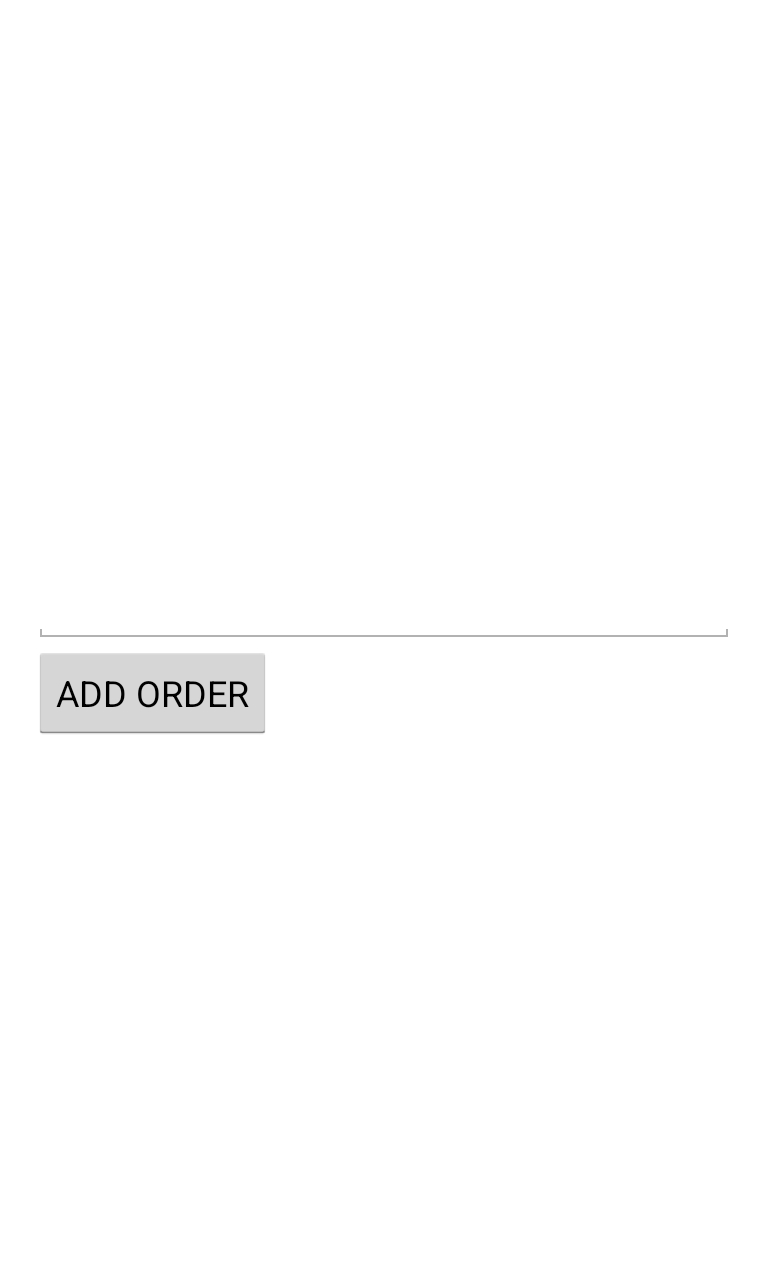
Repository: erenerdogan/ERMS
Layout: ERMSMobile/ERMS/res/layout/activity_product_detail.xml
These files come from the project's save history. The layout is drawn as it stood at one moment and after the next save; the edit follows.
It is drawn on a 768 x 1280 px phone screen (xhdpi) without system bars, with theme AppTheme; the app's code is not run.

Above is the layout before, as saved 2013-12-21 12:40:34.

After the next save:
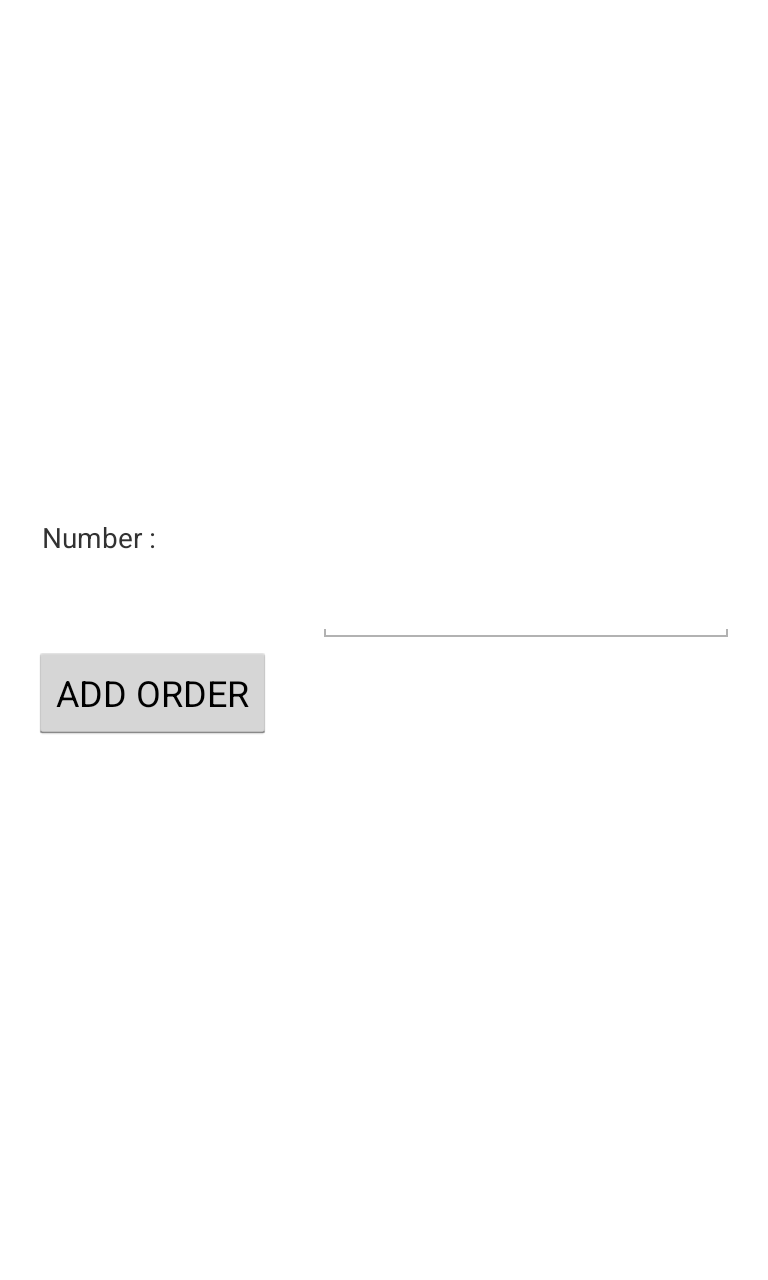
Saved 2 min 41 s later.
--- a/ERMSMobile/ERMS/res/layout/activity_product_detail.xml
+++ b/ERMSMobile/ERMS/res/layout/activity_product_detail.xml
@@ -54,9 +54,18 @@
                 android:layout_below="@+id/pdetailpricetextView"
                 android:layout_margin="5dip" />
 
+            <TextView
+                android:id="@+id/pdetailnumTexttextView"
+                android:layout_width="fill_parent"
+                android:layout_height="wrap_content"
+                android:layout_alignParentLeft="true"
+                android:layout_below="@+id/pdetailpricetextView"
+                android:layout_margin="5dip"
+                android:text="Number :" />
+
             <EditText
                 android:id="@+id/pdetailnumberEditText"
-                android:layout_width="fill_parent"
+                android:layout_width="wrap_content"
                 android:layout_height="wrap_content"
                 android:layout_alignParentRight="true"
                 android:layout_below="@+id/pdetailcaloritextView"
